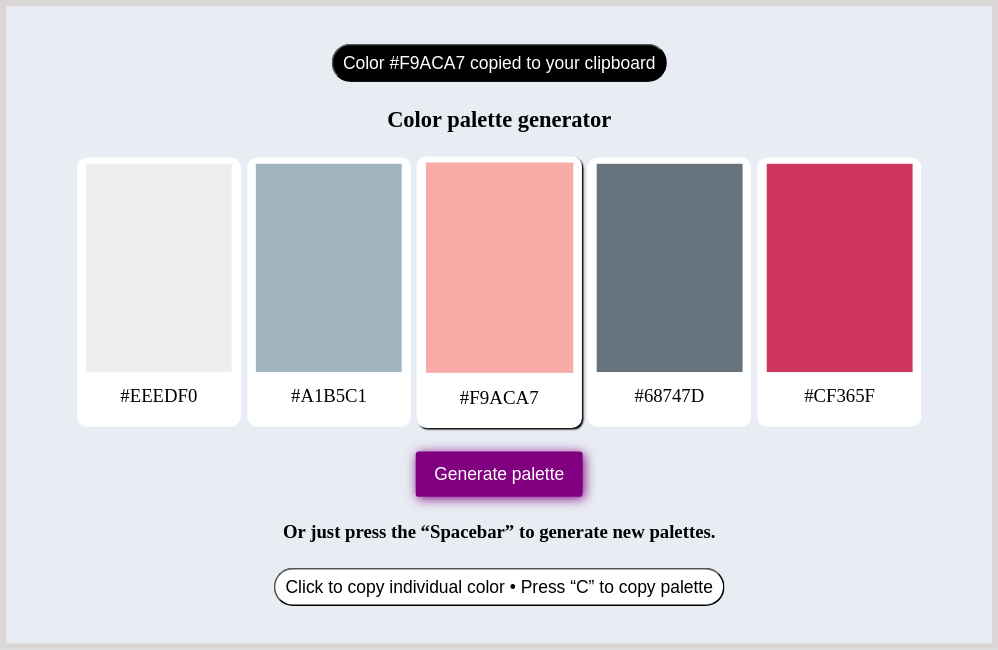
Repository: Hcmwebs/Color-Palette-Generator
Page: index.html
The author's editor kept a copy of each file at every save. The page is drawn from the files as they stood at one save, then again after the next save.
The browser window is 1280 px wide. The pictures show the whole page, at 78% of full size.

Above is the page before, as saved 2020-07-07 11:40:40.

### index.html
<!DOCTYPE html>
<html lang="en">
<head>
    <meta charset="UTF-8">
    <meta name="viewport" content="width=device-width, initial-scale=1.0">
    <link rel="stylesheet" href="styles.css">
    <title>Color Pallete Generator</title>
</head>
<body>
    <div class="container">

        <button class="btn">Color #F9ACA7 copied to your clipboard</button>
        <h2>Color palette generator</h2>
        <div class="card">
            <div class="card__item">
                <div class="card__color card__color--lightPurpleish"></div>
                <div class="card__tag">#EEEDF0</div>
            </div>

            <div class="card__item">
                <div class="card__color card__color--lightBlueGreenish"></div>
                <div class="card__tag">#A1B5C1</div>
            </div>

            <div class="card__item card__item--active">
                <div class="card__color card__color--lightReddish"></div>
                <div class="card__tag">#F9ACA7</div>
            </div>

            <div class="card__item">
                <div class="card__color card__color--lightBluish"></div>
                <div class="card__tag">#68747D</div>
            </div>

            <div class="card__item">
                <div class="card__color card__color--reddish"></div>
                <div class="card__tag">#CF365F</div>
            </div>

        </div>
        <button class="btn btn--generate">Generate palette</button>
        <h3>Or just press the “Spacebar” to generate new palettes.</h3>
        <button class="btn btn--white">Click to copy individual color • Press “C” to copy palette</button>
    </div>
</body>
</html>

### styles.css
*¨{
    box-sizing: border-box;
    margin: 0;
    padding: 0;
}

body{
    font-weight: 300;
    font-size: 10px;
    display: flex;
    flex-direction: column;
    justify-content: center;
    align-items: center;
    background-color:rgba(124, 107, 107, 0.274);
}
h2,
h3{
    font-weight: light;
    margin: 2rem ;
}
h2{
    font-size: 1.8rem;
}

h3{
    font-size: 1.5rem;
}
.container{
    width: 1400px;
    max-width: 100%;
    height: auto;
    margin: auto;
    padding: 3rem 0;
    display: flex;
    flex-direction: column;
    justify-content: space-between;
    align-items: center;
    background-color:#E8ECF3;
}

.btn{
    background-color:#000;
    color:#fff;
    font-size: 1.4rem;
    border-radius: 2.5rem;
    padding: 0.6rem 0.8rem;
    cursor: pointer;
    transition: all 1s ease-in-out;
}
.btn:hover{
    transform: scale(1.01);
}
.card{
    display: grid;
    grid-template-columns: repeat(5, 1fr);
    gap: 0.5rem;
    justify-content: center;

}
.card__item{
    width: 207px;
    height: 329px;
    padding: 0.5rem 0.1rem;
    border-radius:0.8rem;
    display: flex;
    flex-direction: column;
    justify-content: space-between;
    align-items: center;
    background-color:#fff;
}
.card__item--active{
    box-shadow: 2px 2px 2px ;
    transform: scale(1.01);
}

.card__color{
    content:"";
    width: 187px ;
    height: 251px;
    padding-bottom: 1rem ;

}
.card__color--lightPurpleish{
    background-color: #EEEDF0;

}

.card__color--lightBlueGreenish{
    background-color: #A1B5C1;

}

.card__color--lightReddish{
    background-color: #F9ACA7;

}

.card__color--lightBluish{
    background-color: #68747D;

}


.card__color--reddish{
    background-color: #CF365F;

}
.card__tag{
    font-size:1.5rem;
    font-weight: 400;
    margin: auto;
}

.btn--generate{
    background-color:purple;
    color:#fff;
    border-radius:4px;
    border: none;
    margin-top: 2rem;
    padding: 1rem 1.5rem;
    cursor: pointer;
    box-shadow: 2px 2px 15px purple;
}
.btn--white{
    background-color: #fff;
    color:#000;
}

@media(max-width:600px){
    .container{
        min-width: 300px;
        width: 100%;
        margin: 0 auto;
    }
    .card{
        grid-template-columns: 1fr;
    }

}

After the next save:
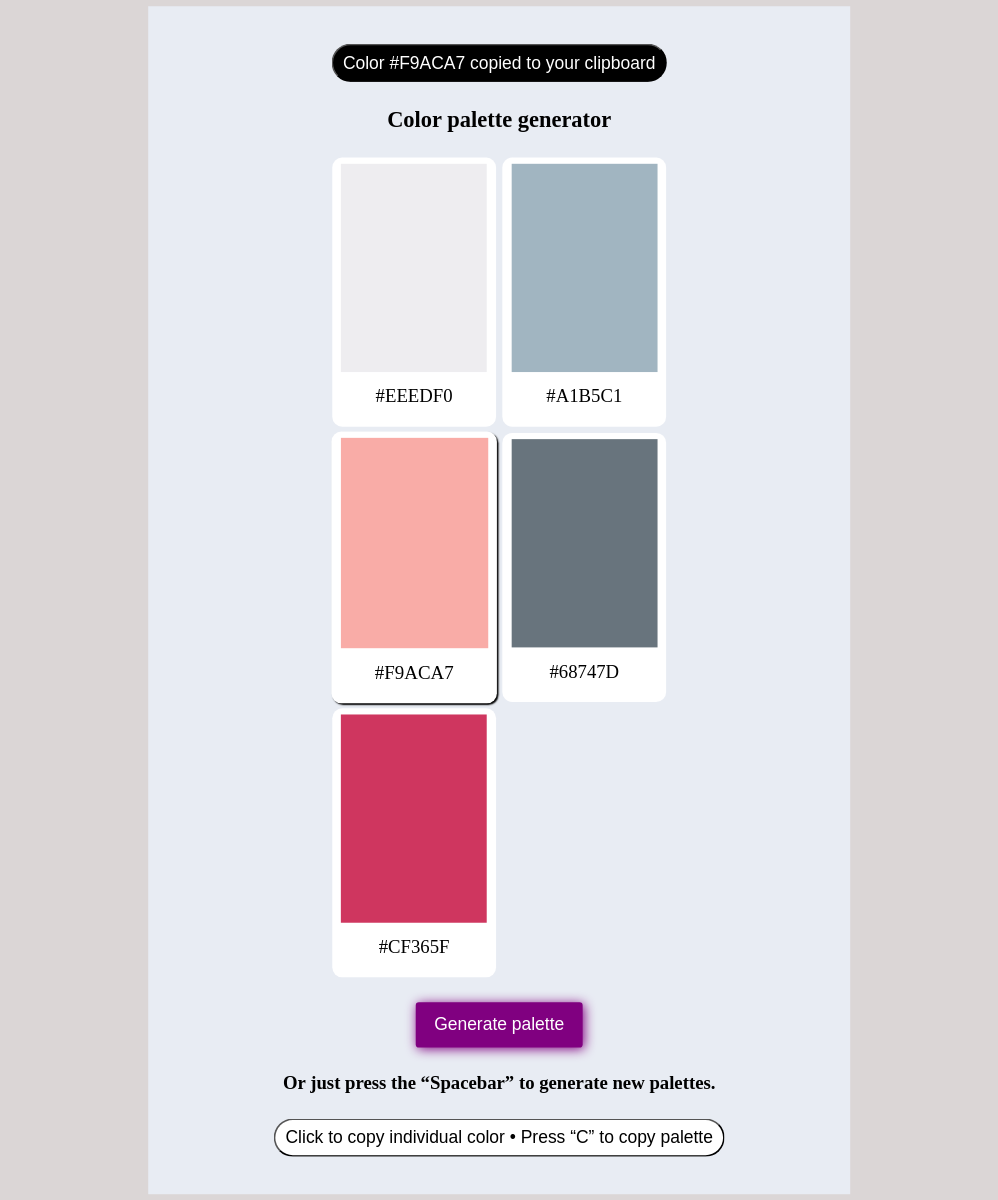
Saved 4 min 17 s later.
--- a/styles.css
+++ b/styles.css
@@ -125,12 +125,19 @@ h3{
     background-color: #fff;
     color:#000;
 }
-
+@media(min-width: 620px){
+    .container{
+        max-width: 900px;
+        width: 100%;
+        margin: 0 auto;
+    }
+    .card{
+        grid-template-columns: repeat(2, 1fr);
+    }
+}
 @media(max-width:600px){
     .container{
         min-width: 300px;
-        width: 100%;
-        margin: 0 auto;
     }
     .card{
         grid-template-columns: 1fr;
